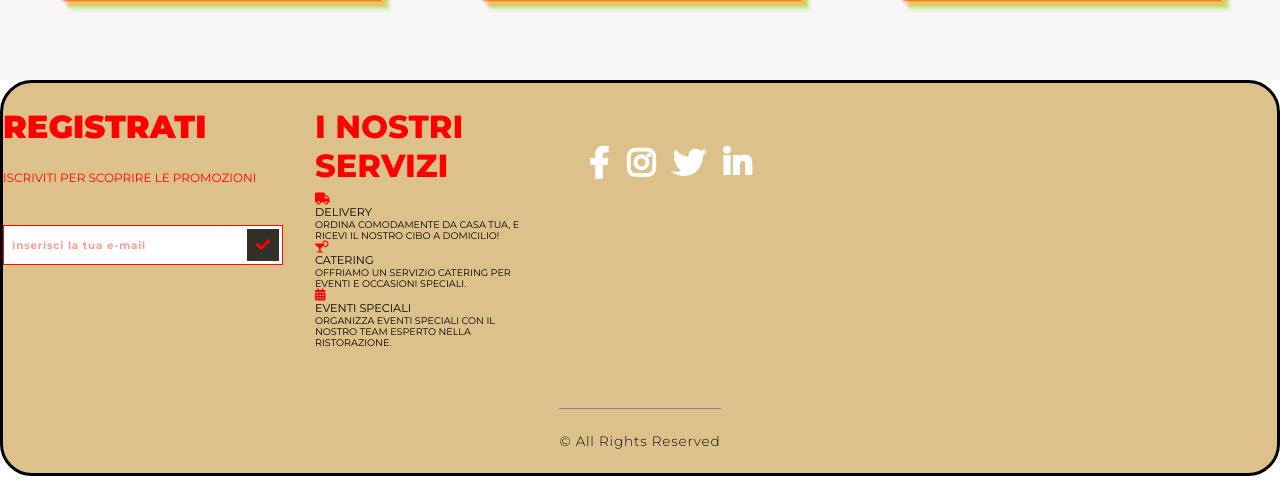
Repository: Probyte5D/ResponsiveFoodWebsite
Page: index.html
An editor plug-in stored every save of this project. The page is shown before and after the next save, followed by the edit.
The browser window is 1280 px wide. The pictures show the part of the page from y = 2305 to 2808 px (the page is 2794 px tall before and 2808 px after).
Backgrounds fixed to the window are drawn as part of the page. Some web fonts or font styles are not loaded; a fallback is used.

Above is the page before, as saved 2025-04-06 19:48:48.

### index.html
<!DOCTYPE html>
<html lang="en">
<head>
  <meta charset="UTF-8">
  <meta name="viewport" content="width=device-width, initial-scale=1.0">
  <title>Food Website</title>
  <link rel="stylesheet" href="style.css">
  <link rel="stylesheet" href="https://cdnjs.cloudflare.com/ajax/libs/font-awesome/5.15.4/css/all.min.css">
</head>
<body>

  <div class="navbar">

    <a href="#" class="navbar-link">
      <i class="fas fa-home"></i>
      <span>Home</span>
    </a>
    <a href="#" class="navbar-link">
      <i class="fas fa-info-circle"></i>
      <span>Chi Siamo</span>
    </a>
    <a href="#" class="navbar-link">
      <i class="fas fa-cogs"></i>
      <span>Servizi</span>
    </a>
    <a href="#" class="navbar-link">
      <i class="fas fa-envelope"></i>
      <span>Contatti</span>
    </a>
  </div>

  <div class="container">
    <!--section 1-->
    <div class="section-1">
      <h1 class="section-heading">
        Food Lab 5D
      </h1>
      <div class="section-1-Icons">
        <i class="fas fa-cheese change"></i>
        <i class="fas fa-egg"></i>
        <i class="fas fa-pizza-slice"></i>
        <i class="fas fa-fish"></i>
        <i class="fas fa-bacon"></i>
        <i class="fas fa-drumstick-bite"></i>
        <i class="fas fa-apple-alt"></i>
        <i class="fas fa-hamburger"></i>
        <i class="fas fa-ice-cream"></i>


      </div>
    </div>
    <!--end of section1-->
  </div>

<!--section 2-->
<div class="section-2">
  <h1 class="section-heading">Must Have</h1>
  <div class="cards-container">
    <!-- Card 1: Pizza -->
    <div class="card">
      <img src="Images/card-img-1.png" class="card-img" alt="Pizza ad alta lievitazione">
      <h3 class="card-name">Pizza ad alta lievitazione</h3>
      <p class="card-description">Pizza soffice e fragrante, con lievitazione naturale.</p>
      <span class="card-price">€12.00</span>
      <button class="card-btn">Prenota</button>
    </div>
    <!-- Card 2: Carne -->
    <div class="card">
      <img src="Images/card-img-2.png" class="card-img" alt="Carne di prima qualità">
      <h3 class="card-name">Carne di prima qualità</h3>
      <p class="card-description">Carne selezionata, cucinata alla perfezione.</p>
      <span class="card-price">€20.00</span>
      <button class="card-btn">Prenota</button>
    </div>
    <!-- Card 3: Dessert -->
    <div class="card">
      <img src="Images/card-img-3.png" class="card-img" alt="Dessert">
      <h3 class="card-name">Dessert</h3>
      <p class="card-description">Dolci freschi preparati con ingredienti di alta qualità.</p>
      <span class="card-price">€6.00</span>
      <button class="card-btn">Prenota</button>
    </div>
  </div>
</div>
<!--end of section 2-->


<!--sect 3-->
<div class="section-3">
  <h1 class="section-heading">Gallery</h1>
  <div class="gallery">
    <a href="#" class="gallery-link" title="Order Now">
      <img src="Images/gallery-img-1.jpg" class="food-img">
      <h3 class="food-name">Pasta</h3>
      <p class="food-description">Tagliatelle fresche condite con un sugo di carne bianco, simile alla genovese, ricco e profumato, ideale per chi ama i sapori tradizionali.</p>
    </a>
    <a href="#" class="gallery-link" title="Order Now">
      <img src="Images/gallery-img-2.jpg" class="food-img">
      <h3 class="food-name">Pesce</h3>
      <p class="food-description">Filetto di salmone servito con salsa bianca cremosa, accompagnato da broccoli al vapore per un equilibrio perfetto tra gusto e leggerezza.</p>
    </a>
    <a href="#" class="gallery-link" title="Order Now">
      <img src="Images/gallery-img-3.jpg" class="food-img">
      <h3 class="food-name">Aperitivi</h3>
      <p class="food-description">Un fresco spritz al limone servito con olive, taralli e sfiziosi stuzzichini per un perfetto inizio serata in stile italiano.</p>
    </a>
    <a href="#" class="gallery-link" title="Order Now">
      <img src="Images/gallery-img-4.jpg" class="food-img">
      <h3 class="food-name">Pizza</h3>
      <p class="food-description">Pizza cotta nel forno a legna con mozzarella di bufala, basilico fresco e pomodoro, una classica margherita fatta a regola d’arte.</p>
    </a>
    <a href="#" class="gallery-link" title="Order Now">
      <img src="Images/gallery-img-5.jpg" class="food-img">
      <h3 class="food-name">Colazione</h3>
      <p class="food-description">Colazione completa con pancake, frutta fresca, uova strapazzate, waffle dorati e un cappuccino cremoso per iniziare al meglio la giornata.</p>
    </a>
    <a href="#" class="gallery-link" title="Order Now">
      <img src="Images/gallery-img-6.jpg" class="food-img">
      <h3 class="food-name">Carne</h3>
      <p class="food-description">Tagliata di manzo servita con patate novelle al forno, un piatto rustico e saporito che esalta la qualità della carne.</p>
    </a>
  </div>
</div>


     <!--end ofsection3-->



<!-- sect 4 -->


<div class="section-4">
  <div class="section-4-text">
    <h2 class="section-4-heading">Registrati</h2>
    <p class="section-4-paragraph">Iscriviti per scoprire le promozioni</p>
    <form action="" class="signup-form">
      <input type="email" class="signup-form-input" placeholder="Inserisci la tua e-mail">
      <button type="submit" class="signup-form-btn">
        <i class="fas fa-check"></i>
      </button>
    </form>
  </div>


  <!-- Sezione Servizi -->
  <div class="services">
    <h1 class="section-4-services">I nostri servizi</h1>
    <div class="services-container">
      <div class="service">
        <i class="fas fa-truck"></i>
        <h3>Delivery</h3>
        <p>Ordina comodamente da casa tua, e ricevi il nostro cibo a domicilio!</p>
      </div>
      <div class="service">
        <i class="fas fa-cocktail"></i>
        <h3>Catering</h3>
        <p>Offriamo un servizio catering per eventi e occasioni speciali.</p>
      </div>
      <div class="service">
        <i class="fas fa-calendar-alt"></i>
        <h3>Eventi Speciali</h3>
        <p>Organizza eventi speciali con il nostro team esperto nella ristorazione.</p>
      </div>
    </div>
  </div>

  <p class="copyright">&copy; All Rights Reserved</p>

  <div class="footer-socials">
    <a href="#" class="social-icon"><i class="fab fa-facebook-f"></i></a>
    <a href="#" class="social-icon"><i class="fab fa-instagram"></i></a>
    <a href="#" class="social-icon"><i class="fab fa-twitter"></i></a>
    <a href="#" class="social-icon"><i class="fab fa-linkedin-in"></i></a>
  </div>


</div>


<!-- end of sect 4 -->

<script src="script.js"></script>
</body>
</html>

### style.css
@import url('https://fonts.googleapis.com/css2?family=Comfortaa:wght@300..700&family=Montserrat:ital,wght@0,100..900;1,100..900&family=Roboto+Serif:ital,opsz,wght@0,8..144,100..900;1,8..144,100..900&display=swap');

@import url('https://fonts.googleapis.com/css2?family=Montserrat:ital,wght@0,100..900;1,100..900&display=swap');

/*common styles*/
*{
  margin: 0;
  padding: 0;
  box-sizing: border-box;
  text-decoration: none;
  outline: none;
  font-family: "Montserrat", "Comfortaa";
  font-weight: 400;
}

html{
  font-size: 62.5%;
}
/*end of common styles*/

/*section1*/

.section-1{

  width:100%;
  height: 100vh;
  background-color: #333;
  display: flex;
  flex-direction: column;
  align-items: center;
  justify-content: space-evenly;
  background-image:
  linear-gradient(rgba(0, 0, 0, 0.5), rgba(0, 0, 0, 0.575)), /* Fading effect */
  url('Images/restaurant-background-2.jpg'); /* L'immagine di sfondo */
background-size: cover; /* L'immagine coprirà tutta la sezione */
background-position: center; /* Centra l'immagine */
background-attachment: fixed; /* Fissa lo sfondo mentre si scorre */
  height: 100vh;  /* Imposta l'altezza della sezione per coprire tutta la finestra */
  color: white;  /* Colore del testo per garantire il contrasto con l'immagine */
  padding: 2rem;  /* Padding per evitare che il contenuto tocchi il bordo */
  border: 10px solid white;  /* Aggiungi il bordo bianco */
  box-sizing: border-box;  /* Include il bordo nel calcolo della larghezza/altezza */
  border-radius: 10px;  /* Opzionale: aggiungi angoli arrotondati */

}

.section-heading{
  font-size: 12rem;
  font-weight: 900;
  color: white;
  text-align: center;
  text-transform: capitalize;
  letter-spacing: 0.5rem;
  text-shadow: 0.3rem 0.3rem 0.3rem #000;
}

.section-1-Icons i
{
  font-size: 35rem;
  color:#9e6f09c5;
  position: absolute;
  transform: translate(-50%, -50%) scale(0); /*nascosta*/
  text-shadow: 0.2rem 0.2rem 0.2rem #000;
  transition: transform 0.3s;
}

.section-1-Icons i.change
{
  transform: translate(-50%, -50%) scale(1);/*visibile*/
  transition: transform 0.3s 0.3s;
}
/*end of sect1*/


/*sect2*/

.section-2 {
  width: 100%;
  height: 100vw;
  background-color: #222;
  background-image:
  linear-gradient(rgba(0, 0, 0, 0.5), rgba(0, 0, 0, 0.575)), /* Fading effect */
  url('Images/restaurant-background.jpg'); /* L'immagine di sfondo */
background-size: cover; /* L'immagine coprirà tutta la sezione */
background-position: center; /* Centra l'immagine */
background-attachment: fixed; /* Fissa lo sfondo mentre si scorre */
  display: flex;
  flex-direction: column;
  justify-content: space-between;
  padding: 10rem 0;
}

.cards-container{
  display: flex;
  justify-content: space-evenly;
}

.card{
  position: relative;
  width: 30rem;
  background-color:rgba(255, 223, 0, 0.7); /* Dorato più soft */
  padding: 4rem;
  display: flex;
  flex-direction: column;
  justify-content: space-between;
  align-items: center;
  box-shadow: 1rem 1rem 1rem #000;
  transform: rotateY(20deg) skewX(-2deg);
  transition: transform 0.5s, box-shadow 0.5s;
}

.card:hover{

  transform: rotateY(20deg) skewX(-2deg) translateY(-3rem);
  box-shadow: 2rem 2rem 2rem #000;
  background-color: rgba(255, 215, 0, 0.85); /* Dorato più pieno durante l'hover */
}

.card::before {
  content: "";
  height: 100%;
  width: 1rem;
  background-color: rgb(139, 139, 98);
  position: absolute;
  top: 0;
  left: -1rem;
  transform: skewY(45deg);
  transform-origin: right;
  box-shadow: -.1rem -.1rem -.1rem #000;
}

.card::after {
  content: "";
  height: 1rem;
  width: 100%;
  background-color: rgba(255, 223, 0, 0.7); /* Dorato più soft */
  position: absolute;
  top: -1rem;
  left: 0;
  transform: skewX(45deg);
  transform-origin: bottom;
  box-shadow: -.1rem -.1rem -.1rem #000;



}

.card-img {
  width: 100%;               /* L'immagine occuperà tutta la larghezza disponibile */
  height: 200px;             /* Impostiamo un'altezza fissa per tutte le immagini */
  object-fit: contain;       /* L'immagine verrà ridimensionata senza distorsioni */
  object-position: center;   /* Centra l'immagine nel contenitore */
}
/*end of sect2*/

.card-name{
  font-size: 3rem;
  font-weight: bolder;
  text-transform: uppercase;
  letter-spacing: 0.5rem;
  color: #111; /* Colore del testo scuro per contrasto */
  margin:2rem 0;
  text-shadow: 0.15rem 0.154rem 0.15rem #000;
  font-display: center;

}

.card-btn{
width:70%;
background-color: #000;
color: antiquewhite;
border-radius: 5rem;
font-size: 1.5rem;
font-weight: 800;
letter-spacing: 0.2rem;
text-transform: capitalize;
border: none;
padding: 0.5rem 0;
cursor: pointer;
box-shadow: -.2rem -.2rem  -.2rem #000 ;
}


.card-description{
  font-size: 2rem;
  color: #313127;
  font-weight: bolder;
  margin:2rem 2rem;
  letter-spacing: 0.2rem;
  padding-top: 0.5rem;
  text-shadow: 0.15rem 0.154rem 0.15rem #999986;
  margin-top: 0.5rem ;
  padding-bottom: 0.5rem;
}
.card-price{
  font-size: 2rem;
  color: #070706;
  position: bottom;
  margin-bottom: 0.5rem;
  padding-bottom: 0.2rem;
}


/*sect3*/
.section-3{

  background-color: #f7f7f7;
  padding: 5rem 0;

}

.gallery{
  display: flex;
  flex-wrap: wrap;
  align-items: center;
  justify-content: space-evenly;
  margin-top: 10rem;

}
.food-img {
  width: 24vw;
  height: 15vw;
  object-fit: cover;
  box-shadow:
    0.3rem 0.3rem 0.2rem rgba(255, 0, 0, 0.4),    /* Rosso morbido */
    0.6rem 0.6rem 0.3rem rgba(255, 204, 0, 0.3),  /* Giallo tenue */
    0.9rem 0.9rem 0.3rem rgba(255, 94, 8, 0.3),   /* Arancione tenue */
    1.2rem 1.2rem 0.4rem rgba(102, 243, 8, 0.3);  /* Verde chiaro */
  transition: all 0.5s;
}

/*end sect3*/

.gallery-link {
  margin: 4rem 1rem;
  position: relative;
}

.gallery-link::before {
  content: "";
  position: absolute;
  width: 0.2rem;
  height: 0;
  background-color: white;
  top: 2vw;
  left: 80%;
  transition: height 0.5s;
  z-index: 10;
}

.gallery-link::after {
  content: "";
  position: absolute;
  width: 0;
  height: 0.2rem;
  background-color: white;
  top: 30%;
  left: 2rem;
  transition: width 0.5s;
}

.gallery-link:hover::before {
  height: 80%;
}

.gallery-link:hover::after {
  width: 90%;
}

.food-name {
  position: absolute;
  top: 3rem;
  left: 3rem;
  font-size: 2rem;
  margin-top: 1rem;
  text-transform: uppercase;
  font-weight: 700;
  color: white;
  width: 0;
  overflow: hidden;
  transition: width 0.3s;
}

.food-description {
  position: absolute;
  bottom: 3vw;
  left: 2rem;
  margin-top: 0.5rem;
  font-size: 1rem;
  line-height: 1.4;
  width: 70%;
  font-weight: 700;
  text-transform: uppercase;
  color: white;
  visibility: hidden;
  opacity: 0;
  transition: opacity 0.3s;
}

.gallery-link:hover .food-name {
  width: 100%;
  transition: width 1.5s 0.5s;
}

.gallery-link:hover .food-description {
  opacity: 1;
  visibility: visible;
  transition: opacity 1s 1s;
}

.gallery-link:hover .food-img {
  box-shadow:
    1rem 1rem 0.2rem rgba(255, 0, 0, 0.5),    /* Rosso più sfumato */
    2rem 2rem 0.3rem rgba(255, 204, 0, 0.4),  /* Giallo più chiaro */
    3rem 3rem 0.4rem rgba(255, 94, 8, 0.4),   /* Arancione sfumato */
    4rem 4rem 0.5rem rgba(102, 243, 8, 0.4);  /* Verde più tenue */
  filter: blur(0.5rem);
  transform: scale(1.1);
}




/*sect4*/

.section-4{
  width: 100%;
  height: 55vh;
  background-color: #b47b0075;
  display: flex;
  justify-content: space-around;
  align-items: flex-start;
  padding: 3rem 0;
  position: relative;
  border: solid #000;
  border-radius: 4rem;


}

.copyright{
  position: absolute;
  bottom: 3rem;
  font-size: 1.7rem;
  font-weight: 200;
  color: #0e0d0d;
  font-weight: 300;
  letter-spacing: 0.1rem;
  border-top: solid #888 0.1rem;
  padding-top: 3rem;

}

.section-4-text{
  text-transform: uppercase;
}

.section-4-heading{
  font-size: 4rem;
  font-weight: 900;
  color: red;
  flex-direction: column;
  padding-bottom: 3rem;
  justify-content: center;  /* Centra gli elementi verticalmente */
  align-items: center;  /* Centra gli elementi orizzontalmente */
}


.section-4-services{
  font-size: 4rem;
  font-weight: 800;
  text-transform: uppercase;
  color: red;
  padding-bottom: 1rem;
}

.footer-socials i{

  font-size: 4rem;
  font-weight: 800;
  color: white;
justify-content: space-around;
padding-left: 2rem;
}

.footer-socials i:hover{

  color: red;
  transition: 0.5s;
}
.section-4-paragraph{
  font-size: 1.5rem;
  color: red;
}
.signup-form{
  display: flex;
  align-items: center;



}

.signup-form-input{
  width: 35rem;
  height: 5rem;
  padding: 1rem;
  border: 0.2rem solid rgb(255, 8, 0);
  font-size: 1.6rem;
  font-weight: 700;
  letter-spacing: 0.1rem;
  color: red;
  flex-direction: column;
  margin-top: 5rem;

}

.signup-form-input::placeholder{
  color:rgba(255, 0, 0, 0.4);
  font-size: 1.3rem;
}

.signup-form-btn{
  position: relative;
  left: -4.5rem;
  width: 4rem;
  height: 4rem;
  background-color: #313127;
  color: red;
  border: none;
  cursor: pointer;
  font-size: 1.8rem;
  margin-top: 5rem;
}

.service{
  font-size: 1.2rem;
  text-transform: uppercase;
  text-shadow: #000;
}

.service i{
  font-size: 1.5rem;
  color: red;
}
/*end of sect4*/


/*nav*/

/* NAVBAR HIDDEN STATE (inizialmente nascosta) */
.navbar {
  position: fixed;

  left: 0;
  width: 100%;
  height: 14rem;
  background-color: rgba(44, 42, 42, 0.9);
  backdrop-filter: blur(8px);
  z-index: 9999;  /* più alto di tutto */
  display: flex;
  align-items: center;
  justify-content: center;

    transition: top 0.3s ease;
    top: 0;

    opacity: 1;
    pointer-events: all;
    transition: top 0.2s ease-in-out, opacity 0.2s ease-in-out;
  box-shadow: 0.2rem 0.2rem 0.2rem #000;
  transition: top 0.5s ease-in-out;
}



.navbar.hidden {
  top: -120px;
  opacity: 0;
  pointer-events: none;
          /* Nasconde tutto completamente */
  transform: translateY(-100%); /* La navbar esce completamente verso l'alto */
  opacity: 0;                   /* La navbar diventa completamente invisibile */
  visibility: hidden;           /* Nasconde la navbar completamente */
  pointer-events: none;
}

/* NAVBAR VISIBLE STATE */
.navbar.active {
  top: 0;
}

.navbar .nav-content {
  transition: opacity 0.3s ease;
  opacity: 1;
}

.nav-content {
  opacity: 0;
}
/* NAV LINKS */
.navbar-link {
  color: #999986;
  margin: 1rem;
  font-weight: 900;
  font-size: 4rem;
  letter-spacing: 0.5rem;
  text-transform: uppercase;
  text-align: center;
  transition: color 0.3s;
}

.navbar-link:hover {
  color: #ffcc00;
}

/* OPTIONAL - SPAN PICCOLO SOTTO OGNI LINK */
.navbar-link span {
  display: block;
  font-size: 1.2rem;
  font-weight: 700;
  letter-spacing: 0.3rem;
  margin-top: 0.5rem;
  color: #ccc;
}




/*end of nav*/


@media (max-width:1400px) {
  html{
    font-size: 50%;
  }

  .section-2{
    height: auto;
    padding: 10rem 0 12rem 0;
  }
  .cards{
    margin-top: 10rem;
  }

  .gallery-link{
    width: 40rem;
    height: 25rem;
    margin: 5rem;
  }

  .food-img{
    width: 100%;
    height: 100%;
  }
  .footer-socials{
    width: 100%;
    height: 100%;
    margin: 5rem;
  }
}

### script.js
const icons = document.querySelectorAll('.section-1-Icons i'); // Seleziona tutte le icone

let i = 1; // Variabile per tracciare l'indice dell'icona corrente

setInterval(() => {
  const icon = document.querySelector('.section-1-Icons i.change'); // Seleziona l'icona con la classe 'change'

  // Se l'icona esiste
  if (icon) {
    icon.classList.remove('change'); // Rimuove la classe 'change' dall'icona corrente

    // Se siamo oltre l'ultima icona, ripristina alla prima
    if (i >= icons.length) {
      icons[0].classList.add('change'); // Aggiunge la classe 'change' alla prima icona
      i = 1; // Resetta l'indice a 1
    } else {
      icon.nextElementSibling.classList.add('change'); // Passa alla prossima icona
      i++; // Incrementa l'indice
    }
  }
}, 4000);




  let lastScroll = 0;
  const navbar = document.querySelector('.navbar');

  window.addEventListener('scroll', () => {
    const currentScroll = window.scrollY;

    if (currentScroll > lastScroll) {
      // Scroll verso il basso → nascondi
      navbar.style.top = "-100px";
    } else {
      // Scroll verso l'alto → mostra
      navbar.style.top = "0";
    }

    lastScroll = currentScroll;
  });

After the next save:
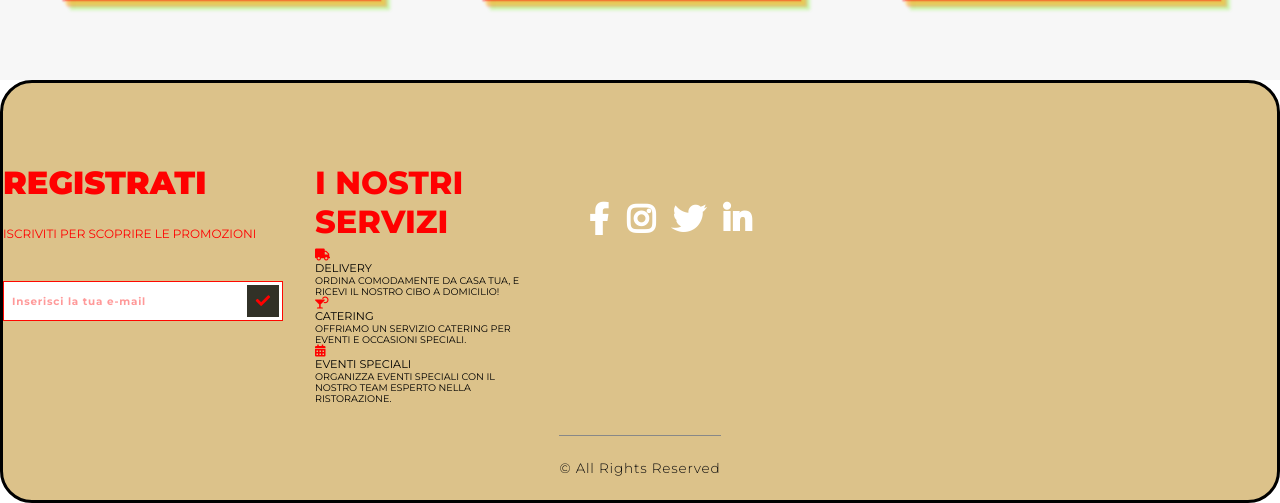
Saved 37 s later.
--- a/style.css
+++ b/style.css
@@ -552,6 +552,11 @@ padding-left: 2rem;
     width: 100%;
     height: 100%;
   }
+
+  .section-4{
+    height: auto;
+    padding: 10rem 0 12rem 0;
+  }
   .footer-socials{
     width: 100%;
     height: 100%;
